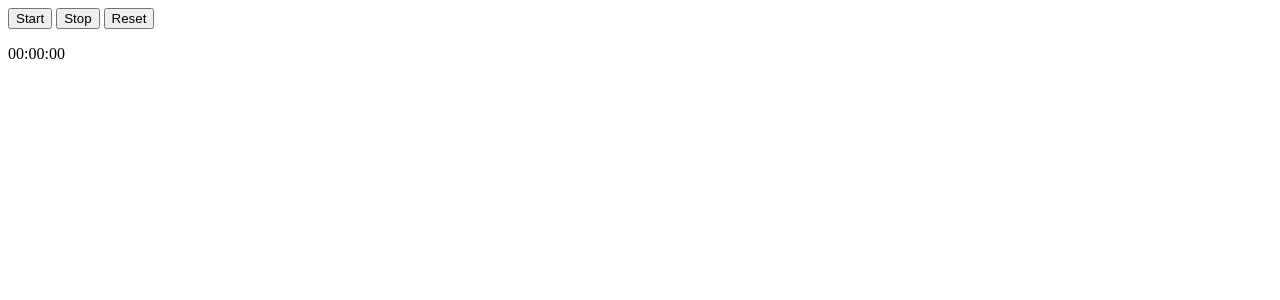
Repository: dany-kun/Chronometer
Page: index.html
The author's editor kept a record of every edit. The page is drawn from the files as they stood at one moment, then again after the next edit.
The browser window is 1280 px wide. The pictures show the whole page.

Above is the page before.

After the next edit:
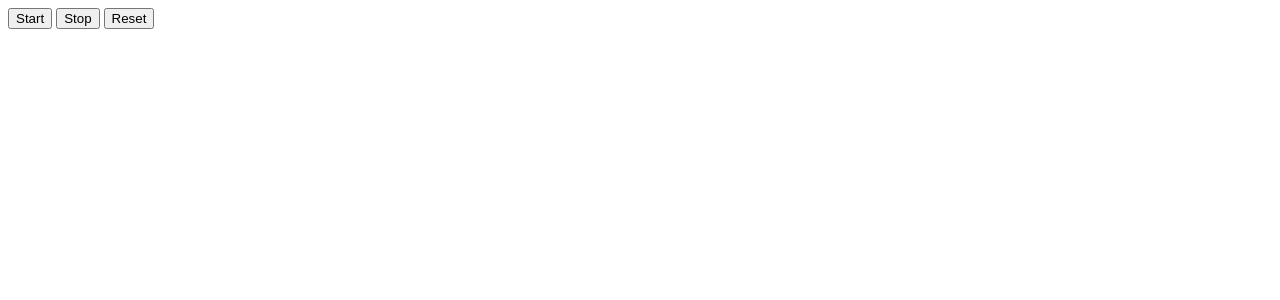
Console error: SyntaxError: Unexpected token ')'
The edit:
--- a/chrono.js
+++ b/chrono.js
@@ -1,3 +1,7 @@
+(function ()) {
+
+
+
 /*Main variable recording the number of milliseconds past since start of the chrono */
 var numberms=0;
 

After the 3 edits that followed:
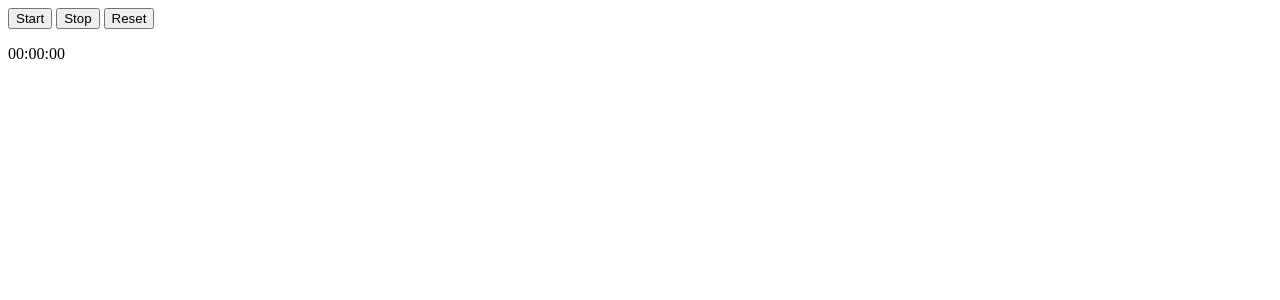
The error is gone.
The 3 edits are shown as one change because 2 left the picture as it was.
The edit:
--- a/chrono.js
+++ b/chrono.js
@@ -1,6 +1,3 @@
-(function ()) {
-
-
 
 /*Main variable recording the number of milliseconds past since start of the chrono */
 var numberms=0;
